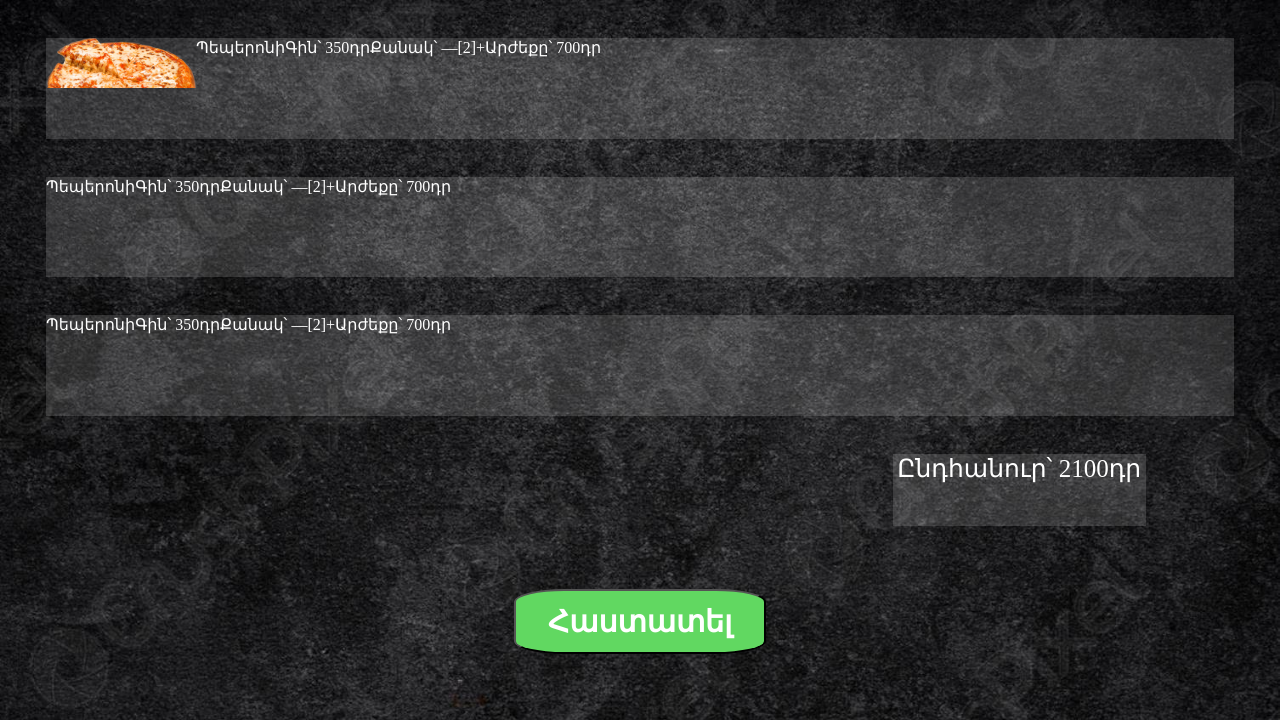
Repository: NarekTovmasyan/PizzaManue
Page: public/basket.html
The author's editor kept a copy of each file at every save. The page is drawn from the files as they stood at one save, then again after the next save.
The browser window is 1280 px wide. The pictures show the whole page.

Above is the page before, as saved 2022-01-20 14:38:54.

After the next save:
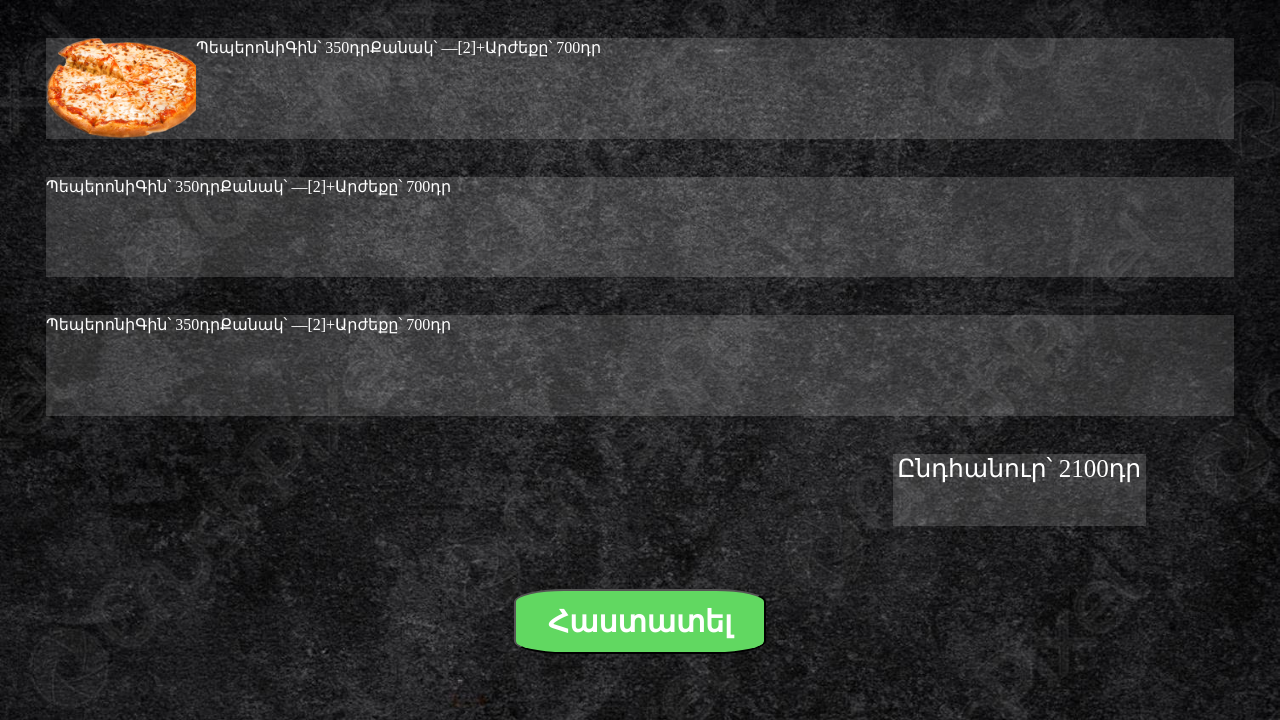
Saved 28 s later.
--- a/public/basket.css
+++ b/public/basket.css
@@ -49,7 +49,7 @@ body {
 .pizza1Img{
 
     background-image: url(./images/pizza1.png);
-    height: 50px;
+    height:100px;
     width: 150px;
     background-size: cover;
 
